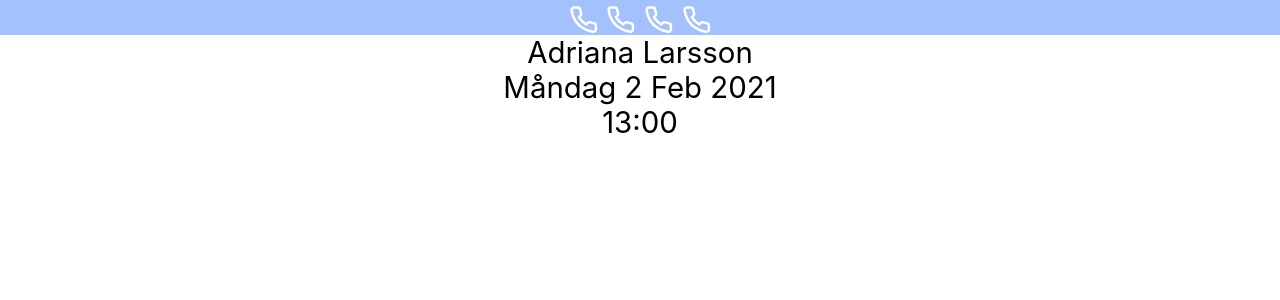
Repository: AdrianaLarsson/learning-react-adriana
Page: /
The author's editor kept a copy of each file at every save. The page is drawn from the files as they stood at one save, then again after a run of saves.
The browser window is 1280 px wide. The pictures show the whole page.
The project was rebuilt for these pictures with package versions that can differ from the ones it lists, and the page was loaded fresh each time. Also part of the build but not shown: src/components/pixiLearn/pixi-learning.js, src/components/pixiLearn/reactTimline/timelinegant.js.

Above is the page before, as saved 2021-02-17 13:30:25.

After the next 2 saves:
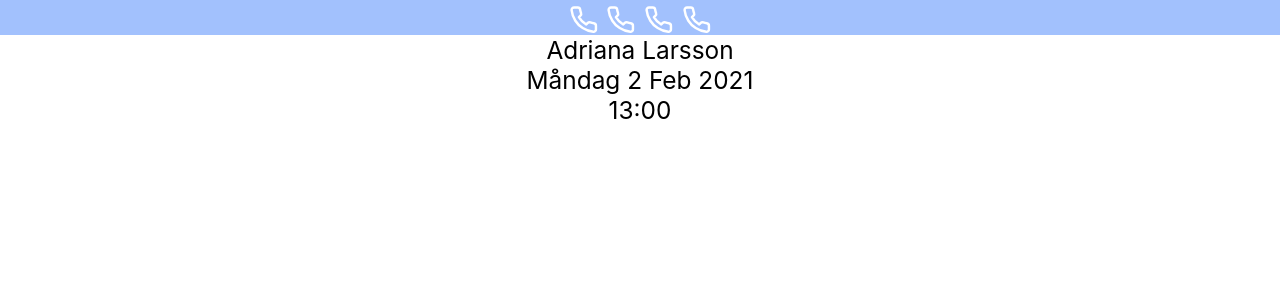
The 2 saves are shown as one change because they came seconds apart.
The last was saved 7 s later.
--- a/src/App.css
+++ b/src/App.css
@@ -19,7 +19,7 @@
   display: flex;
   flex-direction: column;
   align-items: center;
-  font-size: calc(15px + 2vmin);
+  font-size: calc(10px + 2vmin);
   color: rgb(0, 0, 0);
   display: inline;
   flex-direction: row;
